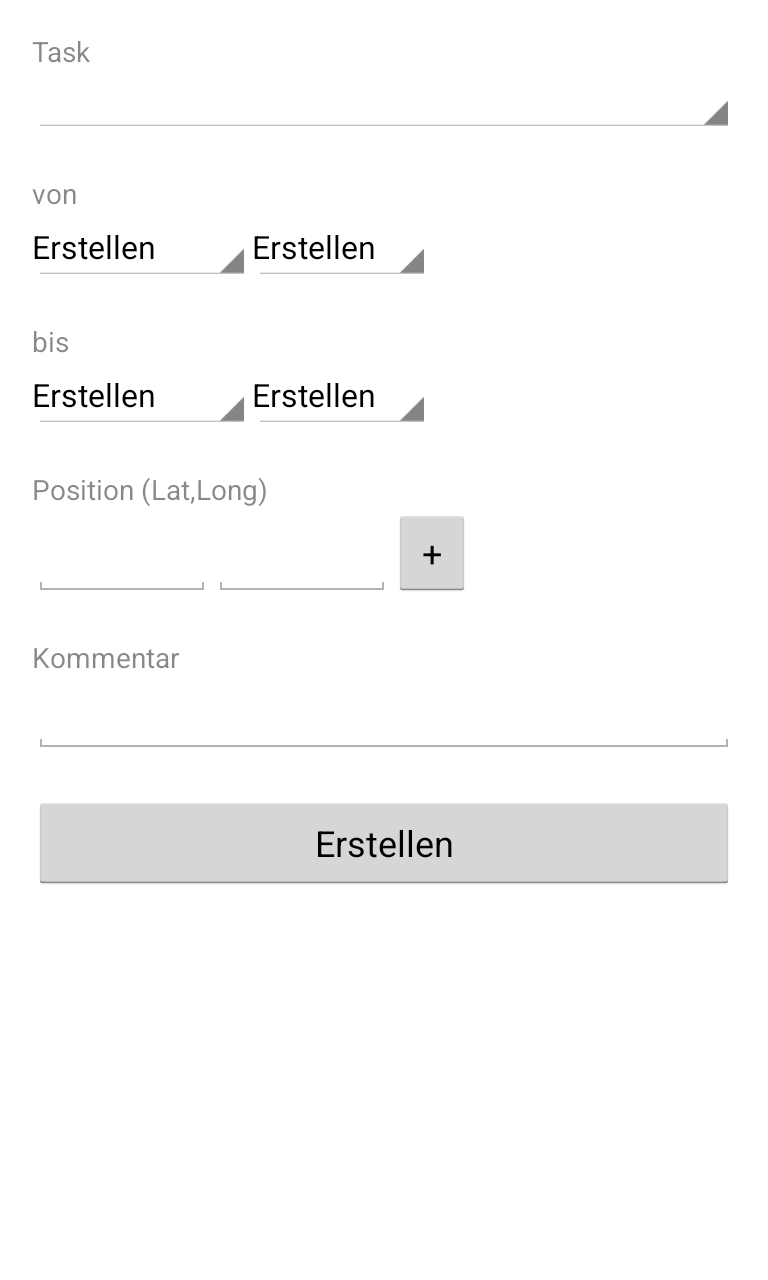
Repository: floriandrs/ttracker
Layout: TTracker/res/layout/activity_create_new_track.xml
The author's editor kept a copy of each file at every save. The layout is drawn from the files as they stood at one save, then again after a run of saves.
It is drawn on a 768 x 1280 px phone screen (xhdpi) without system bars, with theme AppTheme; the app's code is not run.

Above is the layout before, as saved 2015-02-24 23:09:47.

### TTracker/res/layout/activity_create_new_track.xml
<RelativeLayout xmlns:android="http://schemas.android.com/apk/res/android"
    xmlns:tools="http://schemas.android.com/tools"
    android:layout_width="match_parent"
    android:layout_height="match_parent"
    android:paddingBottom="@dimen/activity_vertical_margin"
    android:paddingLeft="@dimen/activity_horizontal_margin"
    android:paddingRight="@dimen/activity_horizontal_margin"
    android:paddingTop="@dimen/activity_vertical_margin"
    tools:context="com.slart.ttracker.activitiy.EditTrackActivity" >

    <TextView
        android:id="@+id/trackLabel"
        android:text="@string/track"
        style="@style/FormLabel"
        android:layout_marginTop="0dp" />

    <Spinner
        android:id="@+id/track"
        android:layout_width="match_parent"
        android:layout_height="wrap_content"
        android:layout_below="@id/trackLabel" />

    <TextView
        android:id="@+id/startLabel"
        android:layout_below="@id/track"
        android:text="@string/from"
        style="@style/FormLabel" />

    <Button
        android:id="@+id/startDate"
        android:layout_width="110dp"
        android:layout_height="35dp"
        android:layout_below="@id/startLabel"
        style="?android:attr/spinnerStyle"
        android:text="@string/create"
        android:onClick="setStartDate" />

    <Button
        android:id="@+id/startTime"
        android:layout_width="90dp"
        android:layout_height="35dp"
        android:layout_below="@id/startLabel"
        android:layout_toRightOf="@id/startDate"
        style="?android:attr/spinnerStyle"
        android:text="@string/create"
        android:onClick="setStartTime" />

    <TextView
        android:id="@+id/endLabel"
        android:layout_below="@id/startTime"
        android:text="@string/to"
        style="@style/FormLabel" />


    <Button
        android:id="@+id/endDate"
        android:layout_width="110dp"
        android:layout_height="35dp"
        android:layout_below="@id/endLabel"
        style="?android:attr/spinnerStyle"
        android:text="@string/create"
        android:onClick="setEndDate" />

    <Button
        android:id="@+id/endTime"
        android:layout_width="90dp"
        android:layout_height="35dp"
        android:layout_below="@id/endLabel"
        android:layout_toRightOf="@id/endDate"
        style="?android:attr/spinnerStyle"
        android:text="@string/create"
        android:onClick="setEndTime" />

    <TextView
        android:id="@+id/locationLabel"
        android:layout_below="@id/endTime"
        android:text="@string/location"
        style="@style/FormLabel" />

    <EditText
        android:id="@+id/lat"
        android:layout_width="90dp"
        android:layout_height="45dp"
        android:layout_below="@id/locationLabel" />

    <EditText
        android:id="@+id/lon"
        android:layout_width="90dp"
        android:layout_height="45dp"
        android:layout_below="@id/locationLabel"
        android:layout_toRightOf="@id/lat" />

    <Button
        android:id="@+id/locationButton"
        android:layout_width="40dp"
        android:layout_height="45dp"
        android:layout_below="@id/locationLabel"
        android:text="@string/location_update"
        android:onClick="onLocationUpdateButtonClick"
        android:layout_toRightOf="@id/lon" />

    <TextView
        android:id="@+id/commentLabel"
        android:layout_below="@id/locationButton"
        android:text="@string/comment"
        style="@style/FormLabel" />

    <EditText
        android:id="@+id/comment"
        android:layout_below="@id/commentLabel"
        style="@style/FormWidthHeight" />

	<Button
        android:id="@+id/enter"
		android:layout_alignParentRight="true"
        android:layout_below="@id/comment"
        style="@style/FormTopMargin"
        android:text="@string/create"
        android:onClick="onCreateNewTrack" />


</RelativeLayout>

### TTracker/res/values/styles.xml
<resources>

    <!--
        Base application theme, dependent on API level. This theme is replaced
        by AppBaseTheme from res/values-vXX/styles.xml on newer devices.
    -->
    <style name="AppBaseTheme" parent="android:Theme.Light">
        <!--
            Theme customizations available in newer API levels can go in
            res/values-vXX/styles.xml, while customizations related to
            backward-compatibility can go here.
        -->
    </style>

    <!-- Application theme. -->
    <style name="AppTheme" parent="AppBaseTheme">
        <!-- All customizations that are NOT specific to a particular API-level can go here. -->
    </style>


    <style name="FormWidthHeight">
        <item name="android:layout_width">match_parent</item>
        <item name="android:layout_height">wrap_content</item>
    </style>

    <style name="FormTopMargin" parent="@style/FormWidthHeight">
        <item name="android:layout_marginTop">20dp</item>
    </style>

    <style name="FormLabel" parent="@style/FormTopMargin">
        <item name="android:textColor">#77000000</item>
        <item name="android:textSize">14dp</item>
    </style>

</resources>

### TTracker/res/values/strings.xml
<?xml version="1.0" encoding="utf-8"?>
<resources>

    <string name="app_name">TTracker</string>
    <string name="action_settings">Settings</string>
    <string name="hello_world">Hello world!</string>
    <string name="hello_blank_fragment">Hello blank fragment</string>
    <string name="title_activity_view_all_tracks">ViewAllTracksActivity</string>
    <string name="title_activity_edit_track">Neue Aktivitaet anlegen</string>
    <string name="title_activity_stats">StatsActivity</string>
    <string name="title_activity_stats_simple">StatsSimple</string>
    <string name="title_activity_stats_average">StatsAverageActivity</string>
    <string name="main_open_create_new_track_label">Start new</string>
    <string name="open_view_all">Track-Liste öffnen</string>
    <string name="open_time_filter_stats">Tracks pro Zeitraum</string>
    <string name="open_activity_stats">Analyse</string>
    <string name="open_activity_stats_simple">Summen pro Kategorie</string>
    <string name="open_activity_stats_average">Durchschnitt pro Kategorie</string>
    <string name="open_activity_view_all_categories">Kategorien verwalten</string>
    <string name="open_create_new_track">Neuen Track starten</string>
    <string name="close_current_track">Aktiven Track stoppen</string>
    <string name="update_current_track">Aktiven Track editieren</string>
    <string name="current_track_label">Aktiver Track:</string>
    <string name="create">Erstellen</string>
    <string name="created_category">Neue Kategorie wurde erstellt: </string>
    <string name="category_already_exists">Kategorie existiert bereits: </string>
    <string name="add">Hinzufügen</string>
    <string name="delete">Löschen</string>
    <string name="update">Aktualisieren</string>
    <string name="location_update">+</string>
    <string name="now">jetzt</string>
    <string name="today">heute</string>
    <string name="since">seit</string>
    <string name="empty">-</string>
    <string name="none">Kein aktiver Track</string>
    <string name="location">Position (Lat,Long)</string>
    <string name="comment">Kommentar</string>
    <string name="track">Task</string>
    <string name="from">von</string>
    <string name="to">bis</string>
    <string name="started_new_track">Neuer Track gestartet:</string>
    <string name="updated_track">Track aktualisiert:</string>
    <string name="update_track">Bearbeiten</string>
    <string name="delete_track">Löschen</string>
    <string name="export_track_to_calendar">Export an Kalender</string>
    <string name="view_track_in_map">In Karte ansehen</string>

    <string name="category_name">Kategorie-Name</string>

    <string-array name="tracks_array">
        <item>Programmieren</item>
        <item>Meeting</item>
        <item>Testing</item>
    </string-array>

    <string name="title_activity_edit_categories">EditCategoriesActivity</string>
    <string name="title_activity_edit_category">EditCategoryActivity</string>
    <string name="title_activity_view_all_categories">ViewAllCategoriesActivity</string>

</resources>

Loaded but not shown: TTracker/res/values-v11/styles.xml (common file); TTracker/res/values-v14/styles.xml (common file); TTracker/res/values/dimens.xml (common file); TTracker/res/values-w820dp/dimens.xml (common file)

After the next 2 saves:
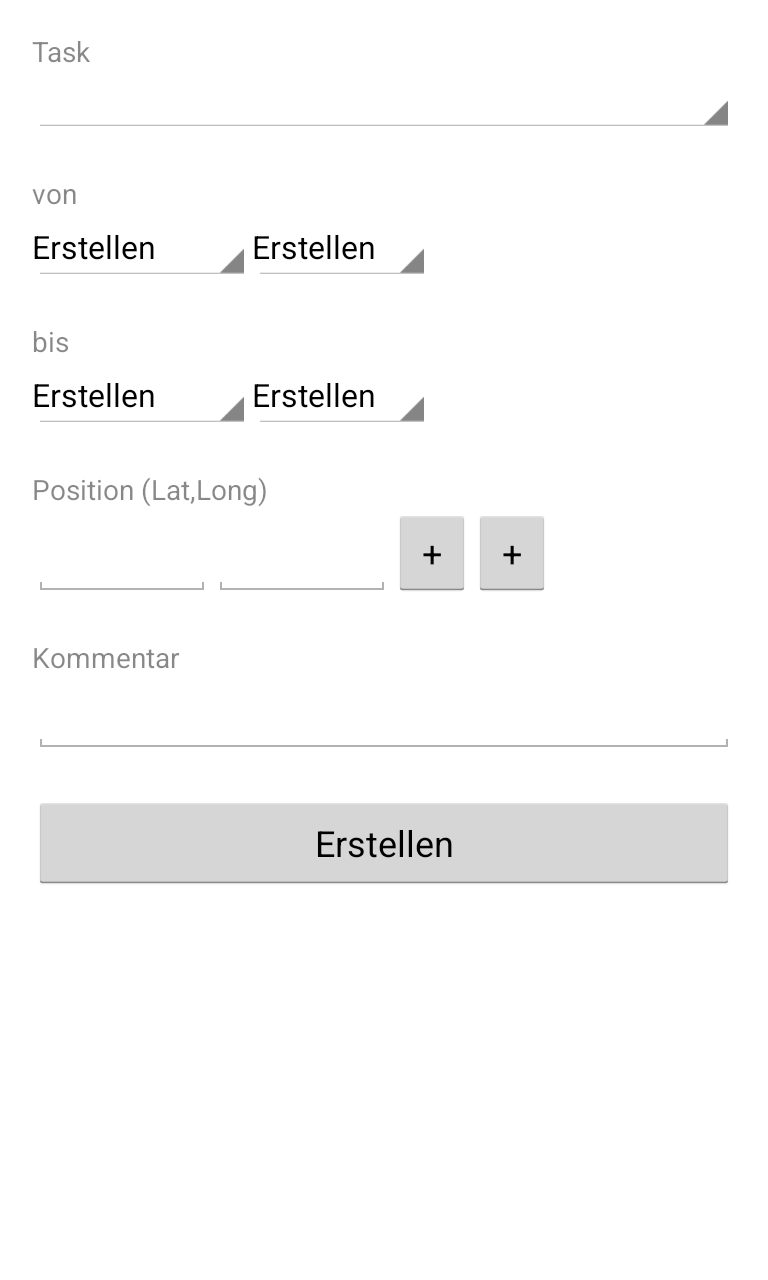
The 2 saves are shown as one change because 1 did not build or start.
The last was saved 5 h 50 min later.
--- a/TTracker/res/layout/activity_create_new_track.xml
+++ b/TTracker/res/layout/activity_create_new_track.xml
@@ -99,6 +99,15 @@
         android:onClick="onLocationUpdateButtonClick"
         android:layout_toRightOf="@id/lon" />
 
+    <Button
+        android:id="@+id/georefButton"
+        android:layout_width="40dp"
+        android:layout_height="45dp"
+        android:layout_below="@id/locationLabel"
+        android:text="@string/location_update"
+        android:onClick="onGeorefButtonClick"
+        android:layout_toRightOf="@id/locationButton" />
+
     <TextView
         android:id="@+id/commentLabel"
         android:layout_below="@id/locationButton"
